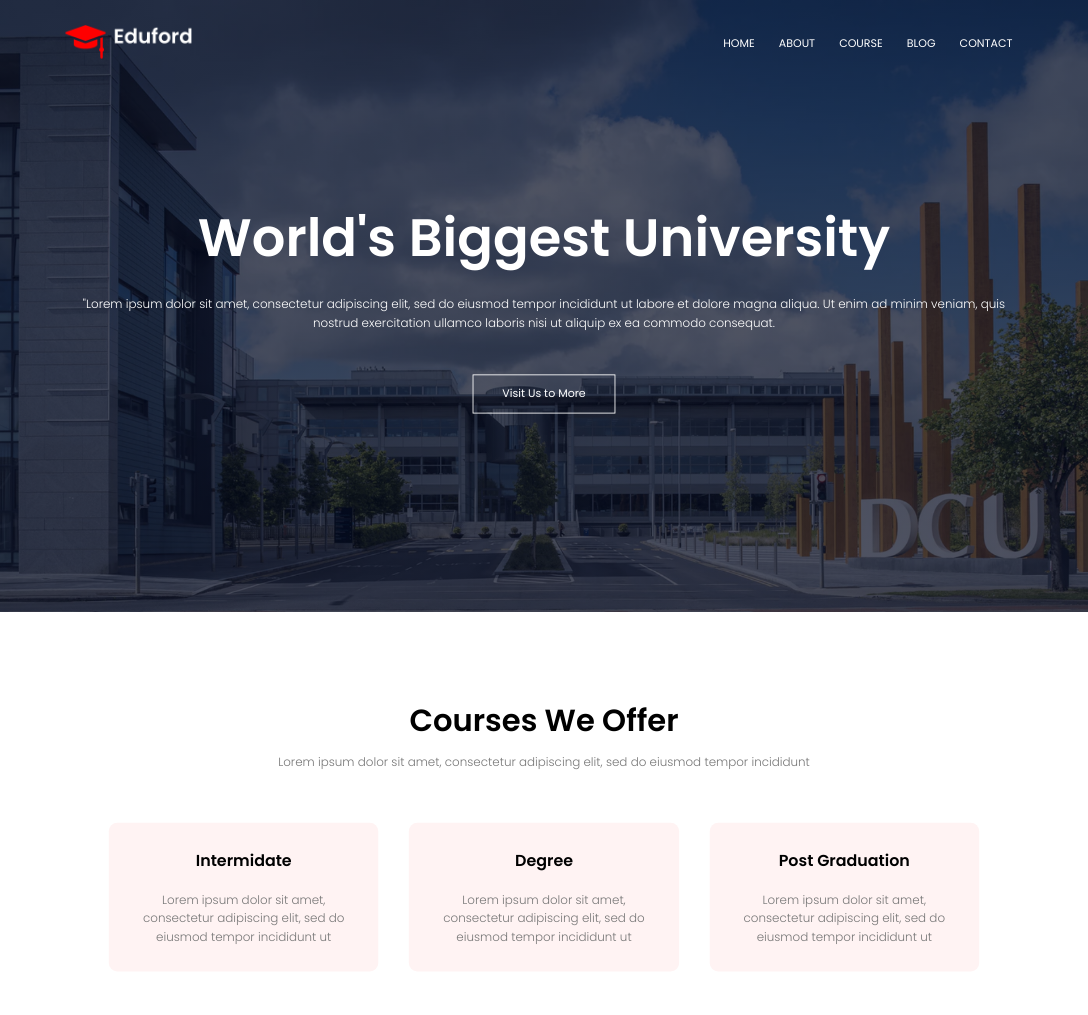
Repository: dewaary/company-profile
Page: index.html
The author's editor kept a copy of each file at every save. The page is drawn from the files as they stood at one save, then again after the next save.
The browser window is 1280 px wide. The pictures show the whole page, at 85% of full size.

Above is the page before, as saved 2021-05-07 21:09:41.

After the next save:
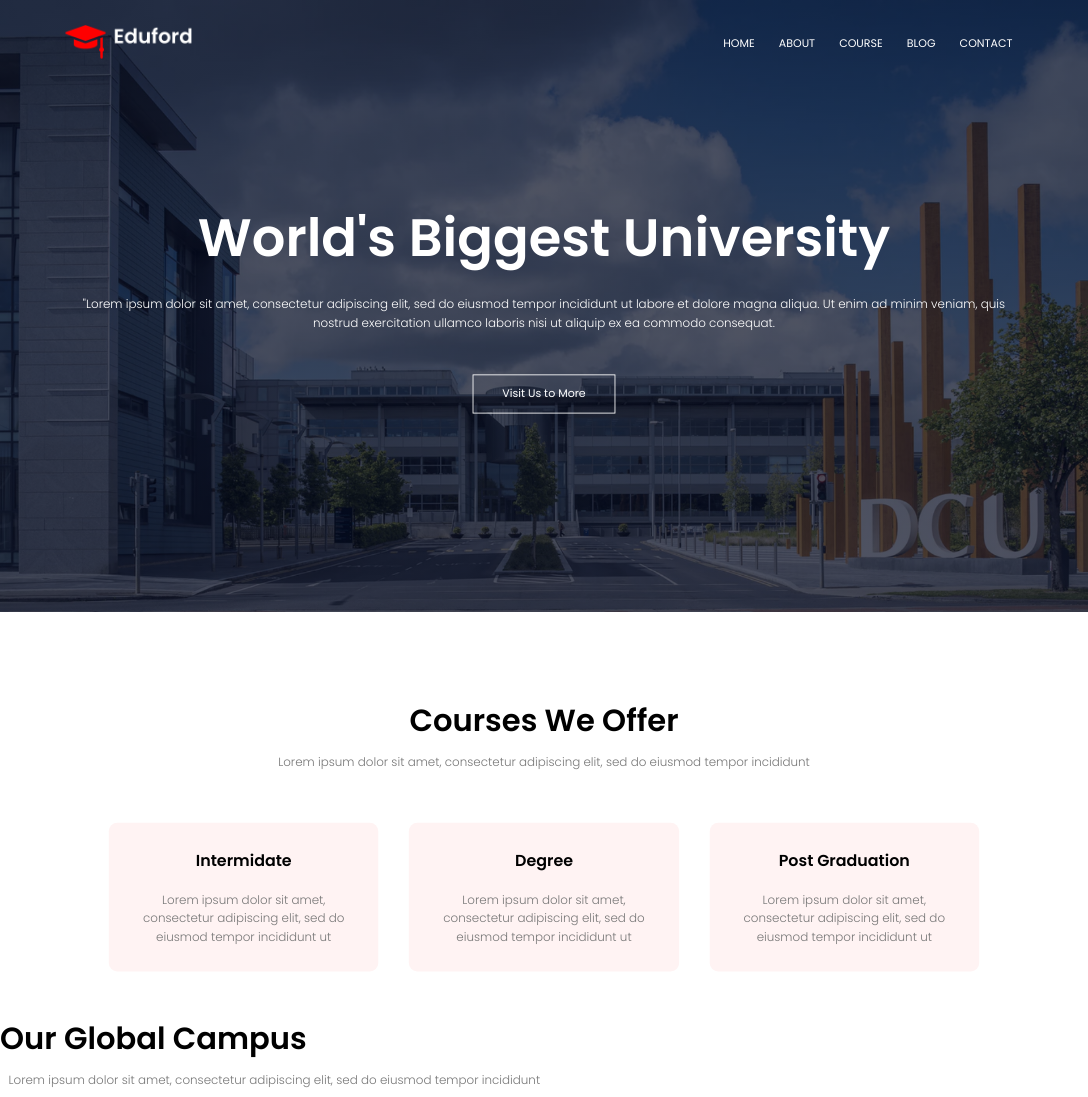
Saved 118 s later.
--- a/index.html
+++ b/index.html
@@ -41,9 +41,9 @@
         </div>
     </section>
 
-     <!---- Courses ---->
+    <!---- Courses ---->
 
-     <section class="course">
+    <section class="course">
         <h1>Courses We Offer</h1>
         <p>Lorem ipsum dolor sit amet, consectetur adipiscing elit, sed do eiusmod tempor incididunt</p>
         <div class="row">
@@ -62,7 +62,13 @@
                 <p>Lorem ipsum dolor sit amet, consectetur adipiscing elit, sed do eiusmod tempor incididunt ut</p>
             </div>
         </div>
-     </section>
+    </section>
+
+    <section class="campus">
+        <h1>Our Global Campus</h1>
+        <p>Lorem ipsum dolor sit amet, consectetur adipiscing elit, sed do eiusmod tempor incididunt</p>
+
+    </section>
 
 
     <!---- Javascript for Toggle Menu ---->
